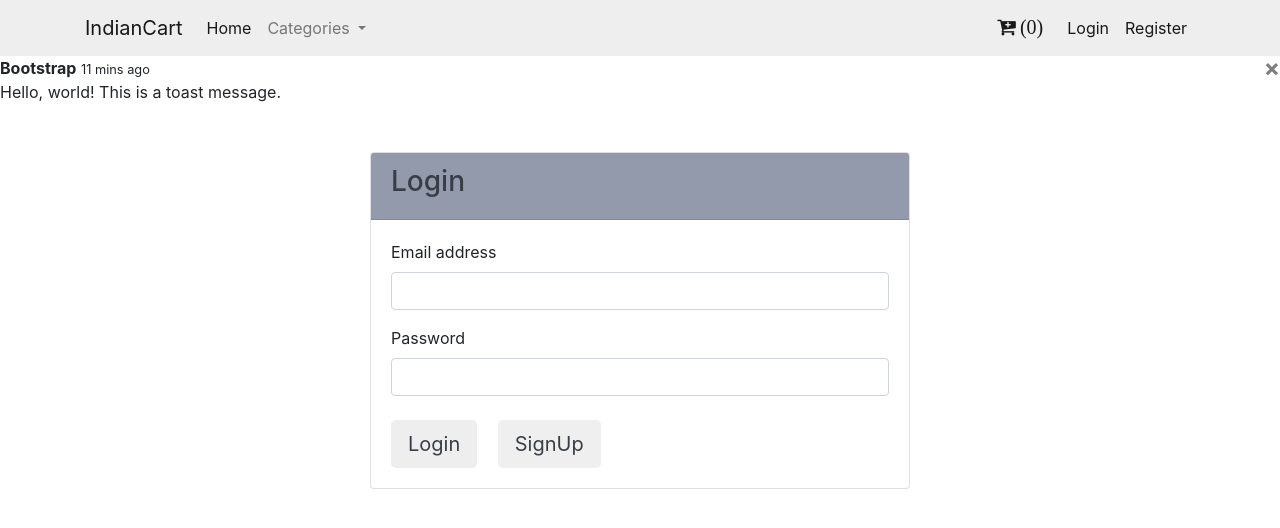
Repository: neerajchavan/E-Commerce-Project
Page: http://localhost/E-Commerce-Project/Login.jsp
The author's editor kept a copy of each file at every save. The page is drawn from the files as they stood at one save, then again after the next save.
The browser window is 1280 px wide. The pictures show the whole page.
Some web libraries are served in a nearby version. The page is served by Tomcat 9.

Above is the page before, as saved 2020-10-22 04:16:43.

After the next save:
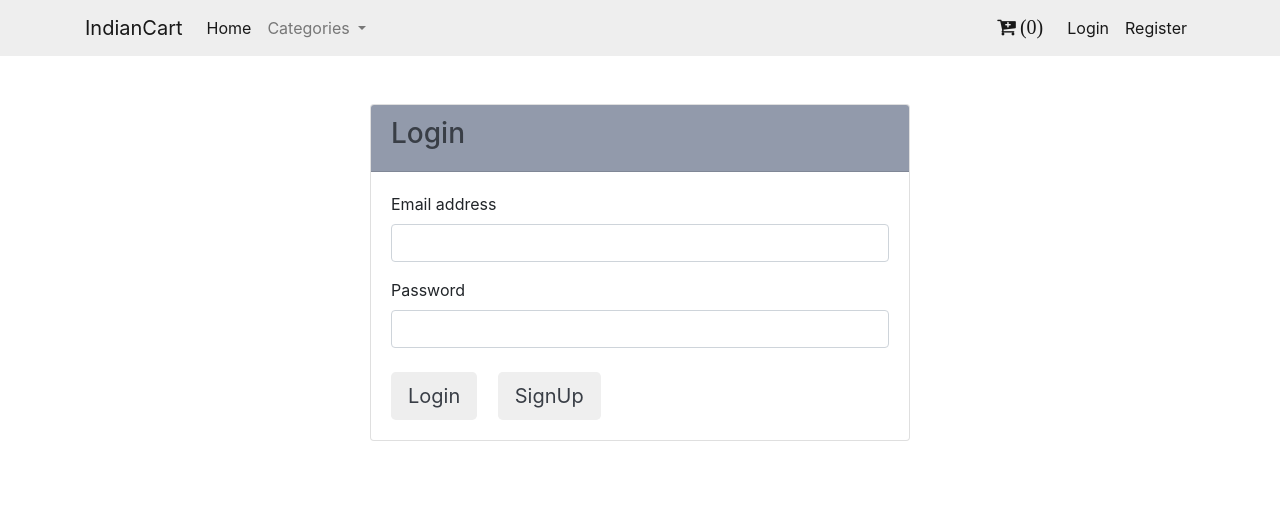
Saved 3 min 37 s later.
--- a/E-Commerce-Project/WebContent/Components/navbar.jsp
+++ b/E-Commerce-Project/WebContent/Components/navbar.jsp
@@ -69,5 +69,3 @@
 		</div>
 	</div>
 </nav>
-
-<%@include file="Toast.jsp"%>
